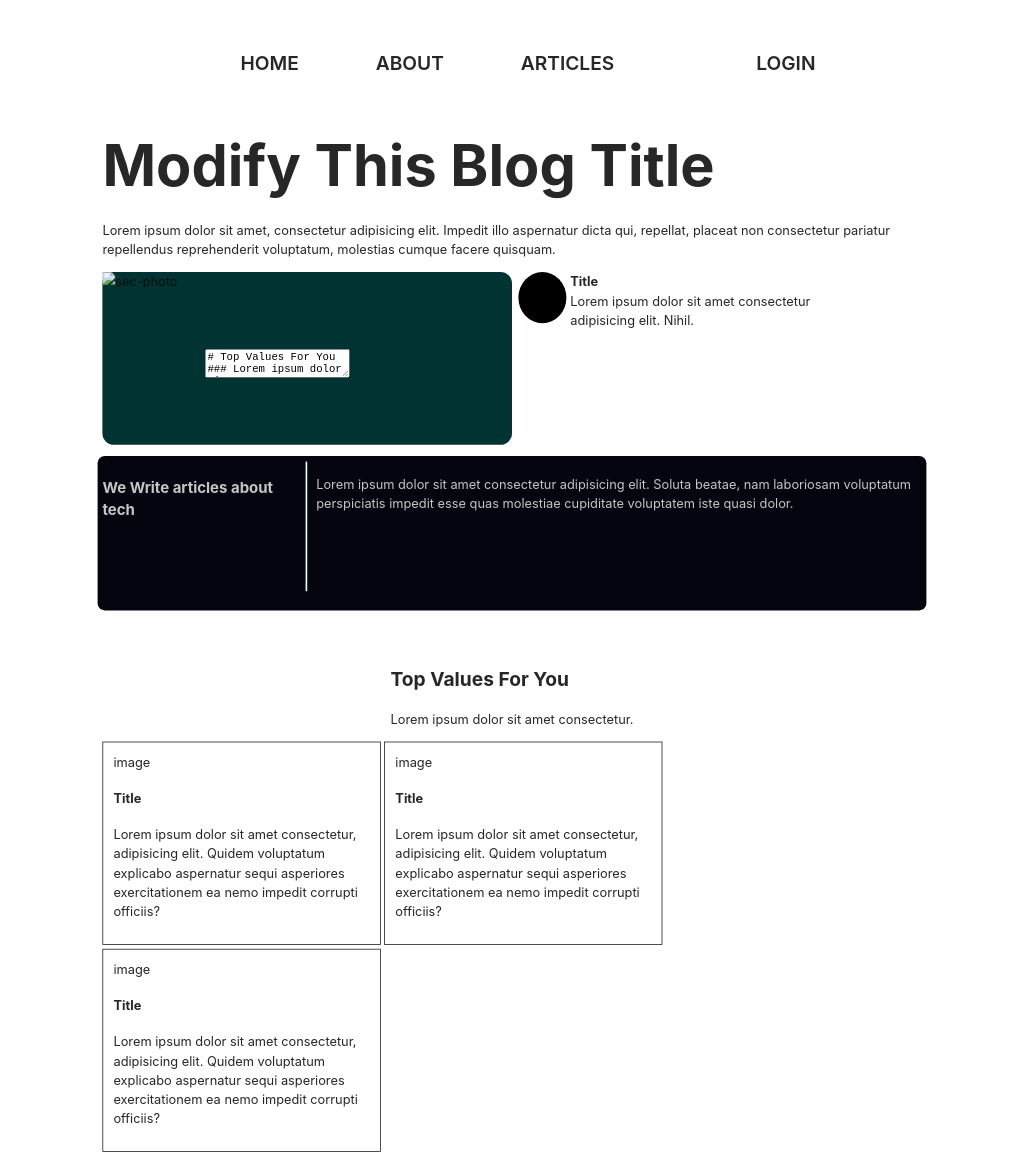
Repository: ValGrace/-static-site
Page: /home (app in client/)
These files come from the project's save history. The page is drawn as it stood at one moment and after the next save; the edit follows.
The browser window is 1280 px wide. The pictures show the whole page, at 80% of full size.
The project was rebuilt for these pictures with package versions that can differ from the ones it lists, and the page was loaded fresh each time. Also part of the build but not shown: client/vite.config.js, client/src/Utils/appwrite.js, client/src/Components/Inputs.css, client/src/Components/Login.jsx, client/src/Components/Signup.jsx, client/src/Pages/aboutPage.jsx, client/src/Pages/Articles.jsx.

Above is the page before, as saved 2023-02-12 10:13:45.

After the next save:
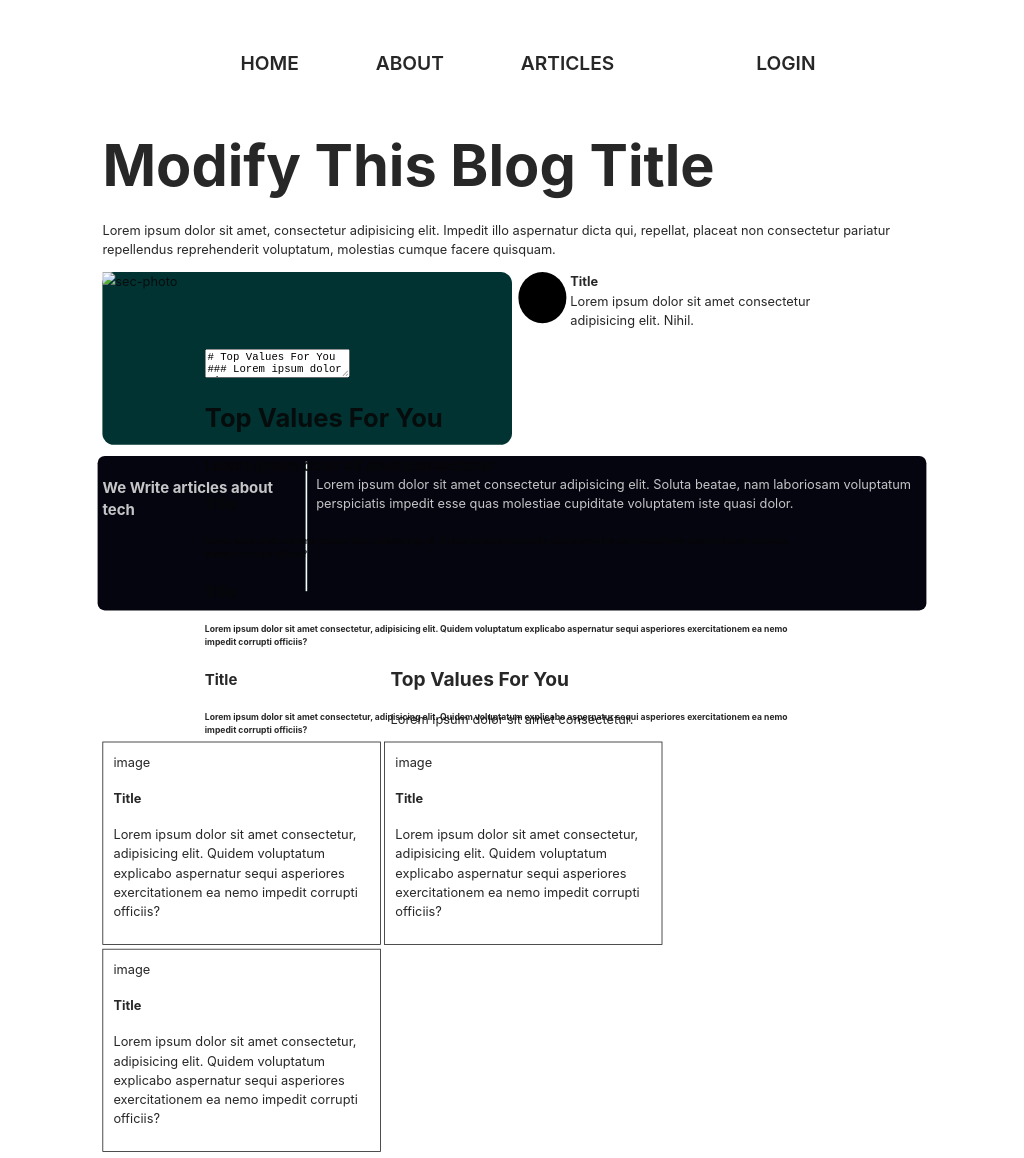
Saved 41 s later.
--- a/client/src/Pages/HomePage.jsx
+++ b/client/src/Pages/HomePage.jsx
@@ -22,7 +22,7 @@ const HomePage = () => {
          <HomeSection />
          <div className="md-edit">
             <textarea value={markdown} onChange={editMdFile} />
-            {/* <ReactMarkdown>{markdown}</ReactMarkdown>  */}
+            <ReactMarkdown>{markdown}</ReactMarkdown>
          </div>
         </>
     )

After the save that followed:
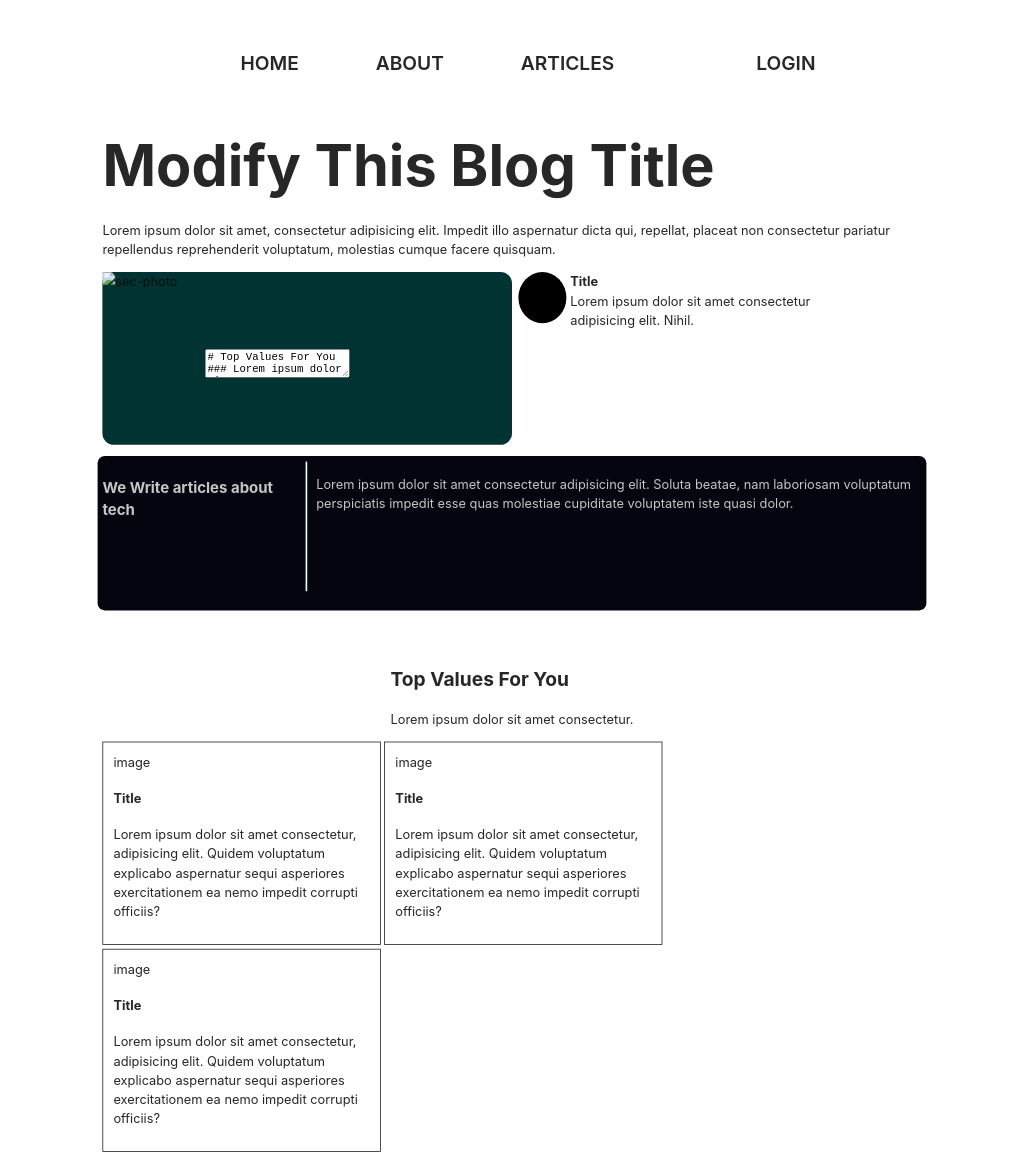
Saved 10 s later.
--- a/client/src/Pages/HomePage.jsx
+++ b/client/src/Pages/HomePage.jsx
@@ -22,7 +22,7 @@ const HomePage = () => {
          <HomeSection />
          <div className="md-edit">
             <textarea value={markdown} onChange={editMdFile} />
-            <ReactMarkdown>{markdown}</ReactMarkdown>
+            {/* <ReactMarkdown>{markdown}</ReactMarkdown>  */}
          </div>
         </>
     )
